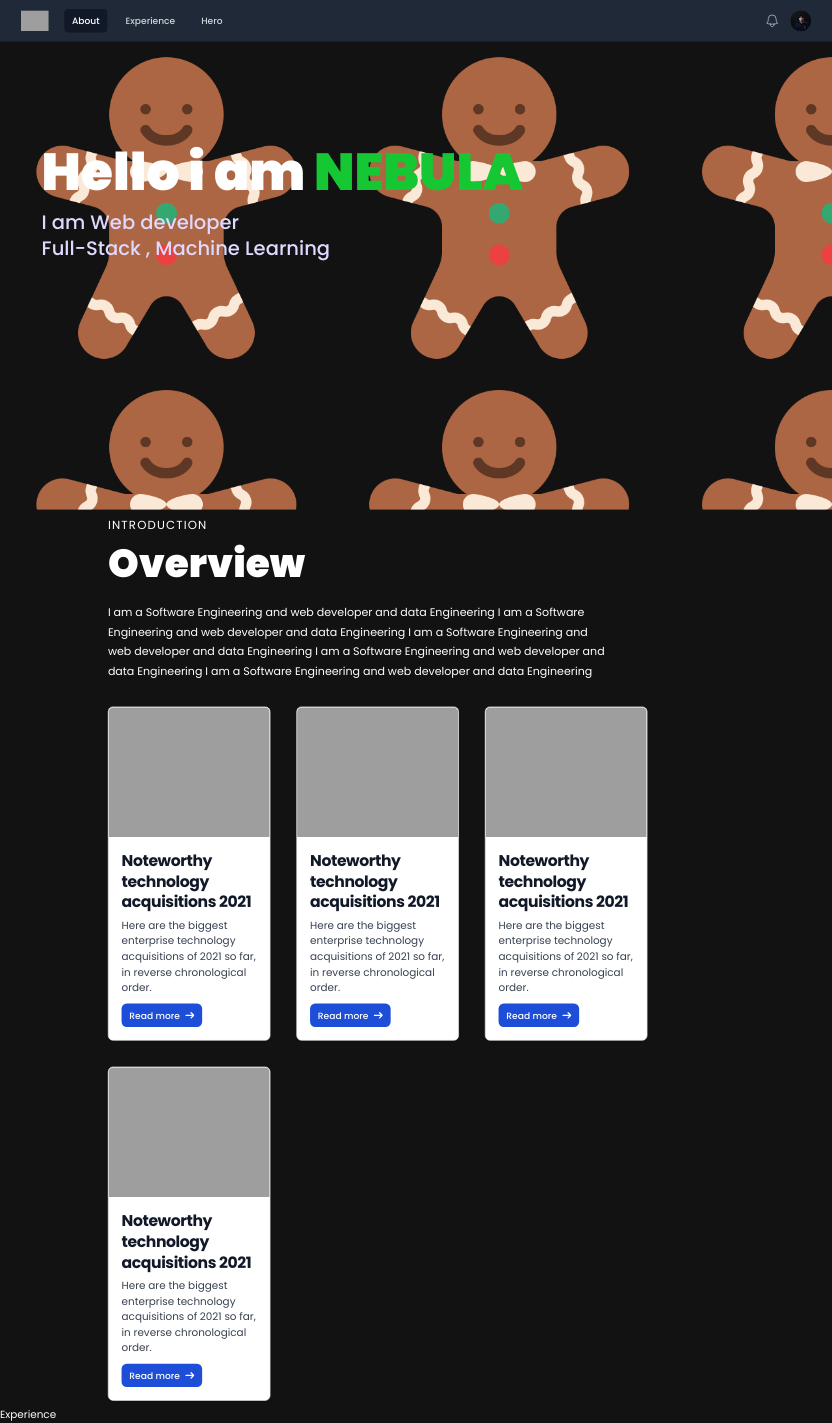
Repository: supakorn5039-boon/React-f
Page: /
These files come from the project's save history. The page is drawn as it stood at one moment and after a run of saves; the edit follows.
The browser window is 1280 px wide. The pictures show the whole page, at 65% of full size.
Pictures or frames that could not be fetched are drawn as grey boxes. The project was rebuilt for these pictures with package versions that can differ from the ones it lists, and the page was loaded fresh each time. Also part of the build but not shown: vite.config.js.

Above is the page before, as saved 2024-01-09 22:22:05.

### src/App.jsx
import Hero from "./components/Hero";
import About from "./components/About";
import Experience from "./components/Experience";
import Navbar from "./components/Navbar";

export default function App() {
  return (
    <div>
      <Navbar />
      <Hero />
      <About />
      <Experience />
    </div>
  );
}

### src/index.css
@import url("https://fonts.googleapis.com/css2?family=Poppins:wght@100;200;300;400;500;600;700;800;900&display=swap");

@tailwind base;
@tailwind components;
@tailwind utilities;

* {
  margin: 0;
  padding: 0;
  box-sizing: border-box;
  font-family: "Poppins", sans-serif;
  scroll-behavior: smooth;
  color-scheme: dark;
}
.bg-boon {
  background-image: url("./assets/gingerbread-man.png");
}
.section {
  position: absolute;
  inset: 0;
  top: 120px;
  max-width: 7xl;
  margin: 0 auto;
  padding-left: 6rem;
  padding-right: 6rem;
  display: flex;
  flex-direction: row;
  align-items: flex-start;
  gap: 1.25rem; /* This corresponds to 5 units in "rem" */
}
.heroHeadText {
  font-weight: 900;
  color: white;
  font-size: 80px;
  line-height: 98px;
  margin-top: 2rem;
}

@media (max-width: 1023px) {
  .heroHeadText {
    font-size: 60px;
  }
}

@media (max-width: 767px) {
  .heroHeadText {
    font-size: 50px;
  }
}

@media (max-width: 575px) {
  .heroHeadText {
    font-size: 40px;
  }
}

.heroSubText {
  font-weight: 500;
  color: #dfd9ff;
  font-size: 30px;
  line-height: 40px;
}

@media (max-width: 1023px) {
  .heroSubText {
    font-size: 26px;
  }
}

@media (max-width: 767px) {
  .heroSubText {
    font-size: 20px;
  }
}

@media (max-width: 575px) {
  .heroSubText {
    font-size: 16px;
  }
}

.sectionHeadText {
  color: white;
  font-weight: 900;
  font-size: 60px;
}

@media (max-width: 767px) {
  .sectionHeadText {
    font-size: 50px;
  }
}

@media (max-width: 575px) {
  .sectionHeadText {
    font-size: 40px;
  }
}

.sectionSubText {
  font-size: 18px;
  text-transform: uppercase;
  letter-spacing: 0.1em;
  color: var(--text-secondary);
}

@media (max-width: 767px) {
  .sectionSubText {
    font-size: 18px;
  }
}

.about-head {
  padding: 10px 6px; /* Default padding values */
  max-width: calc(100% - 20rem); /* Adjust the value according to your needs */
  margin: 0 auto;
  position: relative;
  z-index: 0;
}

@media (min-width: 640px) {
  .myElement {
    padding: 16px 6px; /* Updated padding for sm screen size */
  }
}

.about-text {
  margin-top: 1rem; /* Equivalent to mt-4 */
  color: white; /* Assuming --text-secondary is defined */
  font-size: 17px;
  max-width: 48rem; /* Equivalent to max-w-3xl */
  line-height: 1.875rem; /* Equivalent to leading-[30px] */
}

### src/components/Hero.jsx
export default function Hero() {
  return (
    <section className="relative w-full h-screen mx-auto bg-boon">
      <div className="absolute inset-0 top-[120px] mx-w-7xl mx-auto sm:px-16 px-6 flex flex-auto">
        <div>
          <h1 className="heroHeadText">
            Hello i am <span className="text-[#16c734]">NEBULA</span>
          </h1>
          <p className="heroSubText mt-2 text-white-100">
            I am Web developer <br />
            Full-Stack , Machine Learning
          </p>
        </div>
      </div>
    </section>
  );
}

### src/components/About.jsx
/* eslint-disable react/prop-types */
import { services } from "../data/Data";

const AboutCard = ({ item }) => {
  return (
    <div className="xs:w-[250px] max-w-sm bg-white border border-gray-200 rounded-lg shadow dark:bg-gray-800 dark:border-gray-700">
      <a href="#">
        <img
          style={{ width: "100%", height: "200px" }}
          className="rounded-t-lg"
          src={item.image}
          alt=""
        />
      </a>
      <div className="p-5">
        <a href="#">
          <h5 className="mb-2 text-2xl font-bold tracking-tight text-gray-900 dark:text-white">
            Noteworthy technology acquisitions 2021
          </h5>
        </a>
        <p className="mb-3 font-normal text-gray-700 dark:text-gray-400">
          Here are the biggest enterprise technology acquisitions of 2021 so
          far, in reverse chronological order.
        </p>
        <a
          href="#"
          className="inline-flex items-center px-3 py-2 text-sm font-medium text-center text-white bg-blue-700 rounded-lg hover:bg-blue-800 focus:ring-4 focus:outline-none focus:ring-blue-300 dark:bg-blue-600 dark:hover:bg-blue-700 dark:focus:ring-blue-800"
        >
          Read more
          <svg
            className="rtl:rotate-180 w-3.5 h-3.5 ms-2"
            aria-hidden="true"
            xmlns="http://www.w3.org/2000/svg"
            fill="none"
            viewBox="0 0 14 10"
          >
            <path
              stroke="currentColor"
              strokeLinecap="round"
              strokeLinejoin="round"
              strokeWidth="2"
              d="M1 5h12m0 0L9 1m4 4L9 9"
            />
          </svg>
        </a>
      </div>
    </div>
  );
};

const About = () => {
  return (
    <div className="about-head">
      <div className="sectionSubText">Introduction</div>
      <h2 className="sectionHeadText">Overview</h2>
      <div className="about-text">
        I am a Software Engineering and web developer and data Engineering I am
        a Software Engineering and web developer and data Engineering I am a
        Software Engineering and web developer and data Engineering I am a
        Software Engineering and web developer and data Engineering I am a
        Software Engineering and web developer and data Engineering{" "}
      </div>

      <div className="mt-10 flex flex-wrap gap-10">
        {services.map((item, index) => {
          return <AboutCard item={item} key={index} />;
        })}
      </div>
    </div>
  );
};

export default About;

### src/components/Navbar.jsx
import { Fragment } from "react";
import { Disclosure, Menu, Transition } from "@headlessui/react";
import { Bars3Icon, BellIcon, XMarkIcon } from "@heroicons/react/24/outline";
import boon from "../assets/Photo.jpg";
const navigation = [
  { name: "About", href: "#about", current: true },
  { name: "Experience", href: "#experience", current: false },
  { name: "Hero", href: "#hero", current: false },
];

function classNames(...classes) {
  return classes.filter(Boolean).join(" ");
}

export default function Navbar() {
  return (
    <Disclosure as="nav" className="bg-gray-800">
      {({ open }) => (
        <>
          <div className="mx-auto max-w-7xl px-2 sm:px-6 lg:px-8">
            <div className="relative flex h-16 items-center justify-between">
              <div className="absolute inset-y-0 left-0 flex items-center sm:hidden">
                {/* Mobile menu button*/}
                <Disclosure.Button className="relative inline-flex items-center justify-center rounded-md p-2 text-gray-400 hover:bg-gray-700 hover:text-white focus:outline-none focus:ring-2 focus:ring-inset focus:ring-white">
                  <span className="absolute -inset-0.5" />
                  <span className="sr-only">Open main menu</span>
                  {open ? (
                    <XMarkIcon className="block h-6 w-6" aria-hidden="true" />
                  ) : (
                    <Bars3Icon className="block h-6 w-6" aria-hidden="true" />
                  )}
                </Disclosure.Button>
              </div>
              <div className="flex flex-1 items-center justify-center sm:items-stretch sm:justify-start">
                <div className="flex flex-shrink-0 items-center">
                  <img
                    className="h-8 w-auto"
                    src="https://tailwindui.com/img/logos/mark.svg?color=indigo&shade=500"
                    alt="Your Company"
                  />
                </div>
                <div className="hidden sm:ml-6 sm:block">
                  <div className="flex space-x-4">
                    {navigation.map((item) => (
                      <a
                        key={item.name}
                        href={item.href}
                        className={classNames(
                          item.current
                            ? "bg-gray-900 text-white"
                            : "text-gray-300 hover:bg-gray-700 hover:text-white",
                          "rounded-md px-3 py-2 text-sm font-medium"
                        )}
                        aria-current={item.current ? "page" : undefined}
                      >
                        {item.name}
                      </a>
                    ))}
                  </div>
                </div>
              </div>
              <div className="absolute inset-y-0 right-0 flex items-center pr-2 sm:static sm:inset-auto sm:ml-6 sm:pr-0">
                <button
                  type="button"
                  className="relative rounded-full bg-gray-800 p-1 text-gray-400 hover:text-white focus:outline-none focus:ring-2 focus:ring-white focus:ring-offset-2 focus:ring-offset-gray-800"
                >
                  <span className="absolute -inset-1.5" />
                  <span className="sr-only">View notifications</span>
                  <BellIcon className="h-6 w-6" aria-hidden="true" />
                </button>

                {/* Profile dropdown */}
                <Menu as="div" className="relative ml-3">
                  <div>
                    <Menu.Button className="relative flex rounded-full bg-gray-800 text-sm focus:outline-none focus:ring-2 focus:ring-white focus:ring-offset-2 focus:ring-offset-gray-800">
                      <span className="absolute -inset-1.5" />
                      <span className="sr-only">Open user menu</span>
                      <img className="h-8 w-8 rounded-full" src={boon} alt="" />
                    </Menu.Button>
                  </div>
                  <Transition
                    as={Fragment}
                    enter="transition ease-out duration-100"
                    enterFrom="transform opacity-0 scale-95"
                    enterTo="transform opacity-100 scale-100"
                    leave="transition ease-in duration-75"
                    leaveFrom="transform opacity-100 scale-100"
                    leaveTo="transform opacity-0 scale-95"
                  >
                    <Menu.Items className="absolute right-0 z-10 mt-2 w-48 origin-top-right rounded-md bg-white py-1 shadow-lg ring-1 ring-black ring-opacity-5 focus:outline-none">
                      <Menu.Item>
                        {({ active }) => (
                          <a
                            href="#"
                            className={classNames(
                              active ? "bg-gray-100" : "",
                              "block px-4 py-2 text-sm text-gray-700"
                            )}
                          >
                            Your Profile
                          </a>
                        )}
                      </Menu.Item>
                      <Menu.Item>
                        {({ active }) => (
                          <a
                            href="#"
                            className={classNames(
                              active ? "bg-gray-100" : "",
                              "block px-4 py-2 text-sm text-gray-700"
                            )}
                          >
                            Settings
                          </a>
                        )}
                      </Menu.Item>
                      <Menu.Item>
                        {({ active }) => (
                          <a
                            href="#"
                            className={classNames(
                              active ? "bg-gray-100" : "",
                              "block px-4 py-2 text-sm text-gray-700"
                            )}
                          >
                            Sign out
                          </a>
                        )}
                      </Menu.Item>
                    </Menu.Items>
                  </Transition>
                </Menu>
              </div>
            </div>
          </div>

          <Disclosure.Panel className="sm:hidden">
            <div className="space-y-1 px-2 pb-3 pt-2">
              {navigation.map((item) => (
                <Disclosure.Button
                  key={item.name}
                  as="a"
                  href={item.href}
                  className={classNames(
                    item.current
                      ? "bg-gray-900 text-white"
                      : "text-gray-300 hover:bg-gray-700 hover:text-white",
                    "block rounded-md px-3 py-2 text-base font-medium"
                  )}
                  aria-current={item.current ? "page" : undefined}
                >
                  {item.name}
                </Disclosure.Button>
              ))}
            </div>
          </Disclosure.Panel>
        </>
      )}
    </Disclosure>
  );
}

### src/data/Data.js
export const services = [
  {
    title: "Web Developer",
    image: "https://source.unsplash.com/random?wallpapers",
  },
  {
    title: "Web GIS",
    image: "https://source.unsplash.com/random?wallpapers",
  },
  {
    title: "Backend Developer",
    image: "https://source.unsplash.com/random?wallpapers",
  },
  {
    title: "Youtuber",
    image: "https://source.unsplash.com/random?wallpapers",
  },
];

export const experiences = [
  {
    title: "React",
    company_name: "RTAF",
    iconBg: "#383E56",
    icon: "https://source.unsplash.com/random?wallpapers",
    date: "March 2022 - April 2023",
    points: [
      "Lorem ipsum dolor sit amet consectetur, adipisicing elit. Tenetur vitae voluptas voluptatum, rerum deleniti enim quis repellat ipsum. Deleniti eius quo esse ea minima quisquam recusandae, possimus consectetur necessitatibus accusantium!",
      "Lorem ipsum dolor sit amet consectetur, adipisicing elit. Tenetur vitae voluptas voluptatum, rerum deleniti enim quis repellat ipsum. Deleniti eius quo esse ea minima quisquam recusandae, possimus consectetur necessitatibus accusantium!",
    ],
  },
  {
    title: "React",
    company_name: "RTAF",
    iconBg: "#383E56",
    icon: "https://source.unsplash.com/random?wallpapers",
    date: "March 2023 - April 2024",
    points: [
      "Lorem ipsum dolor sit amet consectetur, adipisicing elit. Tenetur vitae voluptas voluptatum, rerum deleniti enim quis repellat ipsum. Deleniti eius quo esse ea minima quisquam recusandae, possimus consectetur necessitatibus accusantium!",
      "Lorem ipsum dolor sit amet consectetur, adipisicing elit. Tenetur vitae voluptas voluptatum, rerum deleniti enim quis repellat ipsum. Deleniti eius quo esse ea minima quisquam recusandae, possimus consectetur necessitatibus accusantium!",
    ],
  },
  {
    title: "React",
    company_name: "RTAF",
    iconBg: "#383E56",
    icon: "https://source.unsplash.com/random?wallpapers",
    date: "March 2024 - Current",
    points: [
      "Lorem ipsum dolor sit amet consectetur, adipisicing elit. Tenetur vitae voluptas voluptatum, rerum deleniti enim quis repellat ipsum. Deleniti eius quo esse ea minima quisquam recusandae, possimus consectetur necessitatibus accusantium!",
      "Lorem ipsum dolor sit amet consectetur, adipisicing elit. Tenetur vitae voluptas voluptatum, rerum deleniti enim quis repellat ipsum. Deleniti eius quo esse ea minima quisquam recusandae, possimus consectetur necessitatibus accusantium!",
    ],
  },
];

### tailwind.config.js
/** @type {import('tailwindcss').Config} */
export default {
  content: ["./index.html", "./src/**/*.{js,ts,jsx,tsx}"],
  theme: {
    extend: {
      screens: {
        xs: "450px",
      },
    },
  },
  plugins: [],
};

Loaded but not shown: index.html (common file); src/main.jsx (common file); src/components/Experience.jsx (common file)

After the next 3 saves:
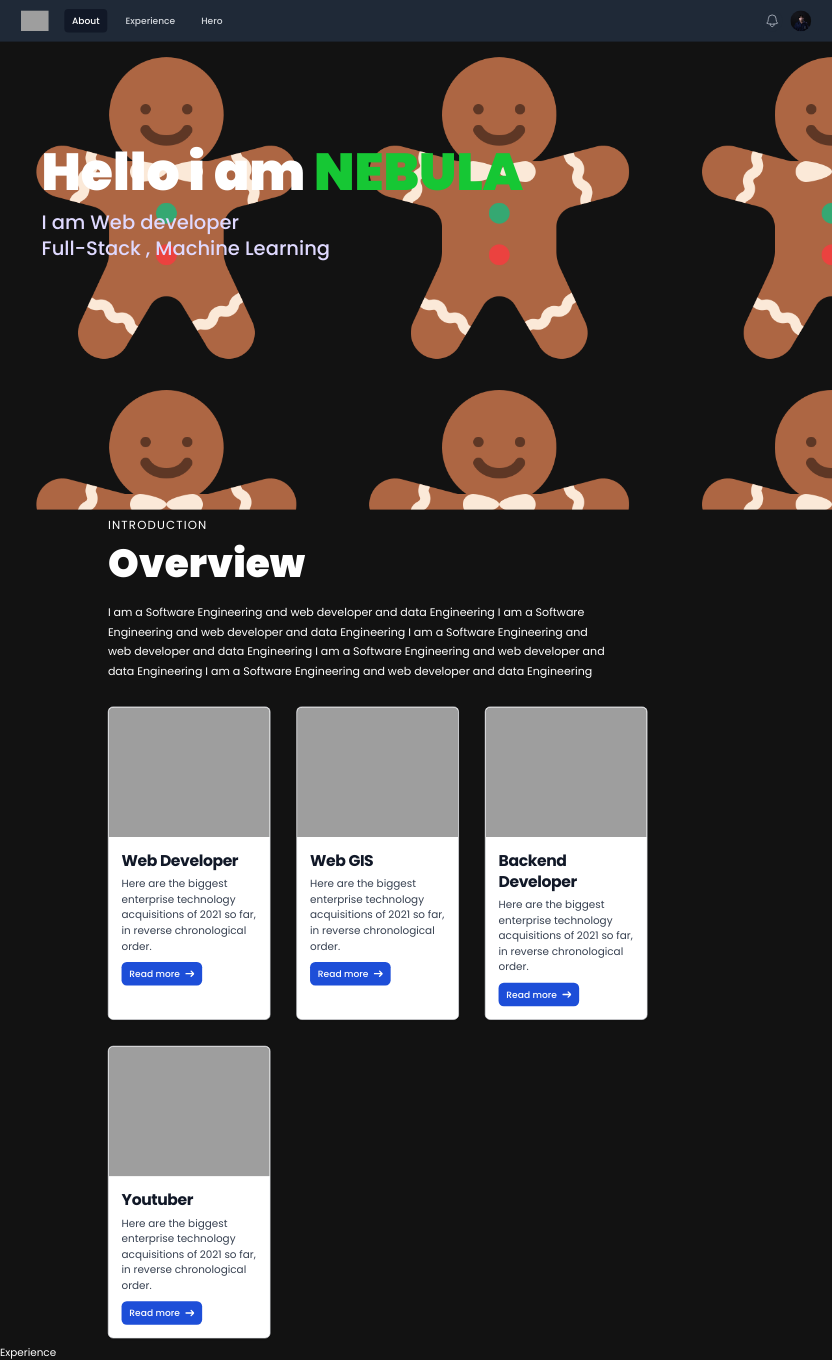
The 3 saves are shown as one change because they came seconds apart.
The last was saved 10 s later.
--- a/src/components/About.jsx
+++ b/src/components/About.jsx
@@ -15,7 +15,7 @@ const AboutCard = ({ item }) => {
       <div className="p-5">
         <a href="#">
           <h5 className="mb-2 text-2xl font-bold tracking-tight text-gray-900 dark:text-white">
-            Noteworthy technology acquisitions 2021
+            {item.title}
           </h5>
         </a>
         <p className="mb-3 font-normal text-gray-700 dark:text-gray-400">
